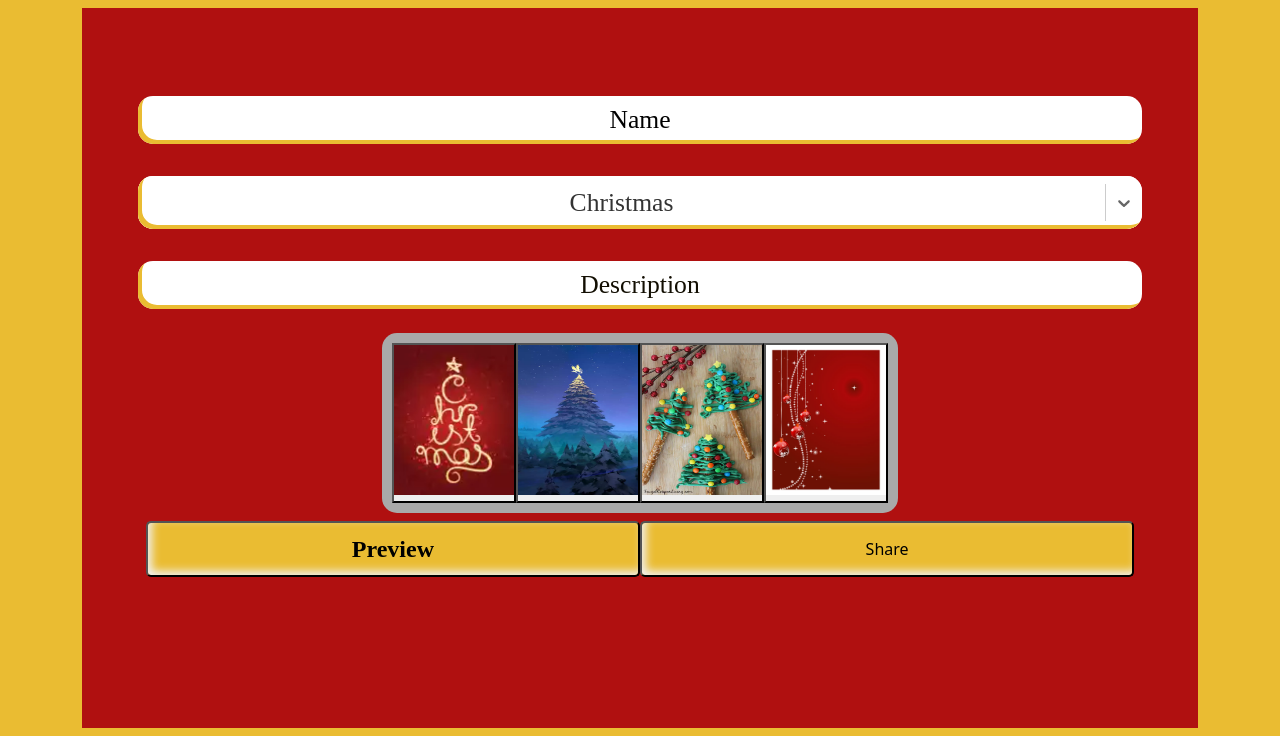
Repository: Haneef-Shaik/Greetings
Page: /
An editor plug-in stored every save of this project. The page is shown before and after the next save, followed by the edit.
The browser window is 1280 px wide. The pictures show the whole page.
The project was rebuilt for these pictures with package versions that can differ from the ones it lists, and the page was loaded fresh each time. The framework's server and built-in components were replaced by stand-ins that run in the browser. Also part of the build but not shown: next.config.js, styles/card.module.scss, components/card.js, styles/socialShare.module.scss, components/socialShare.js.

Above is the page before, as saved 2021-12-05 22:21:34.

After the next save:
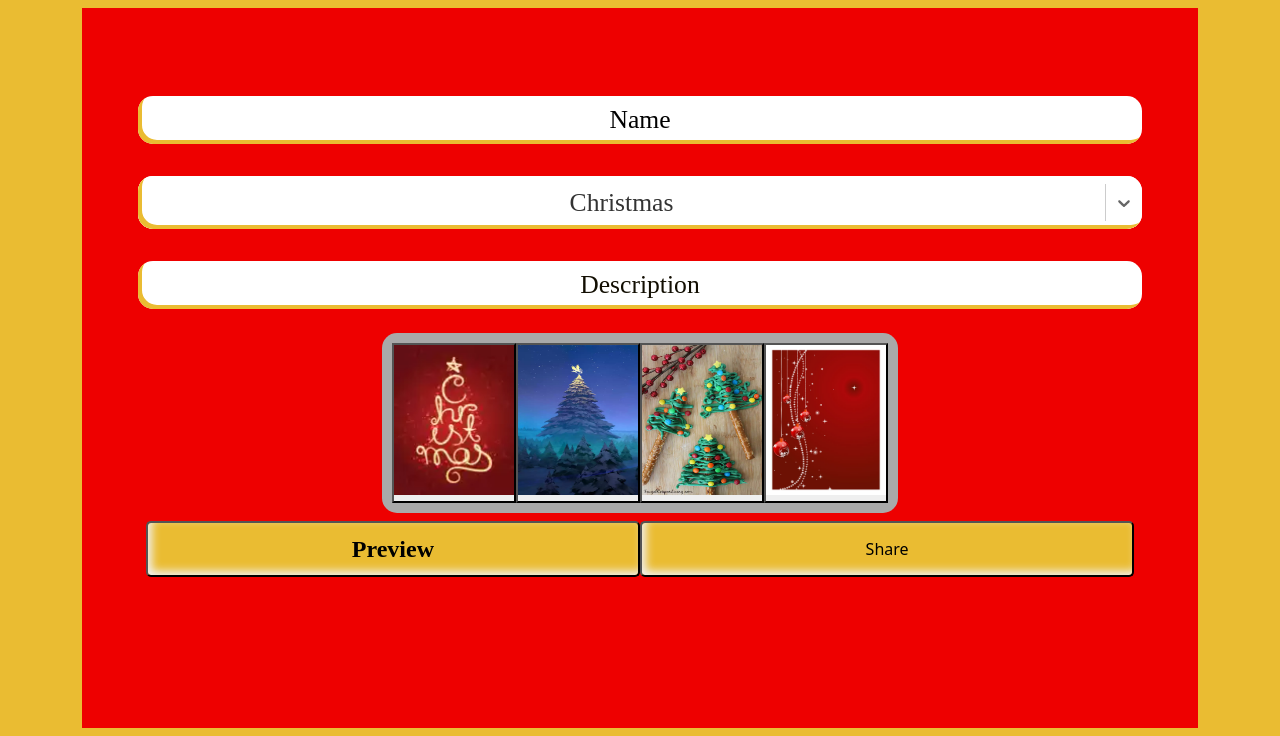
Saved 26 s later.
--- a/styles/form.module.scss
+++ b/styles/form.module.scss
@@ -1,7 +1,7 @@
 .formContainer{
     padding:5%;
     min-height:100vh;
-    background-color:#b01010;
+    background-color:#e00;
     // background: linear-gradient(#920000,#800000,#6D0000,#490000);
     .myInp {
         margin-top:2rem;
